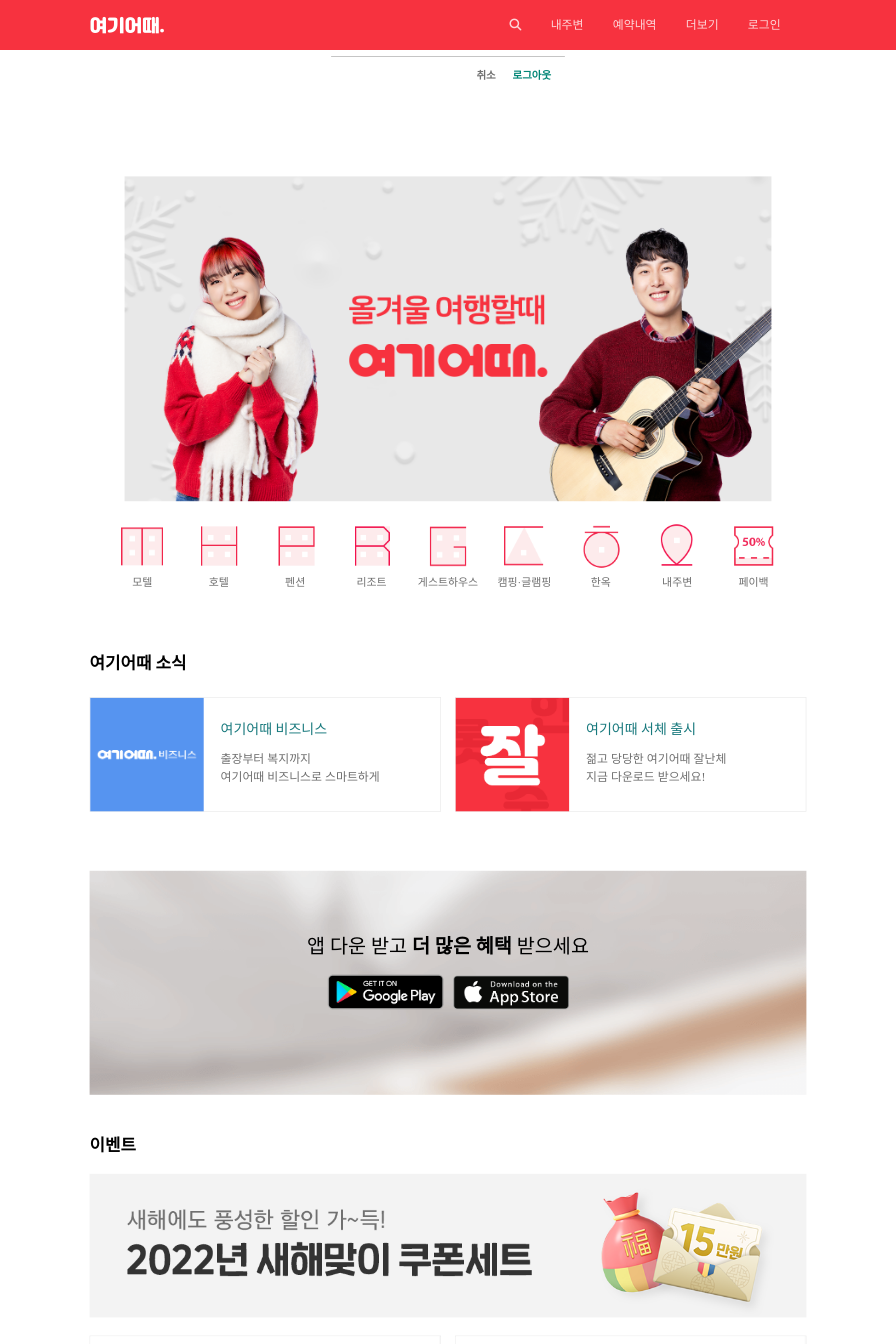
Repository: over0212/Project_goodHere
Page: http://localhost/goodHere/WEB-INF/views/index.jsp
These files come from the project's save history. The page is drawn as it stood at one moment and after the next save; the edit follows.
The browser window is 1280 px wide. The pictures show the part of the page from y = 0 to 1920 px (the page is 2675 px tall before and 3391 px after), at 70% of full size.
Some web libraries are served in a nearby version. The page is served by Tomcat 9. Nobody is signed in. The template is opened directly, without the code that normally fills it, so the values that code supplies are empty.

Above is the page before, as saved 2022-01-17 06:57:51.

After the next save:
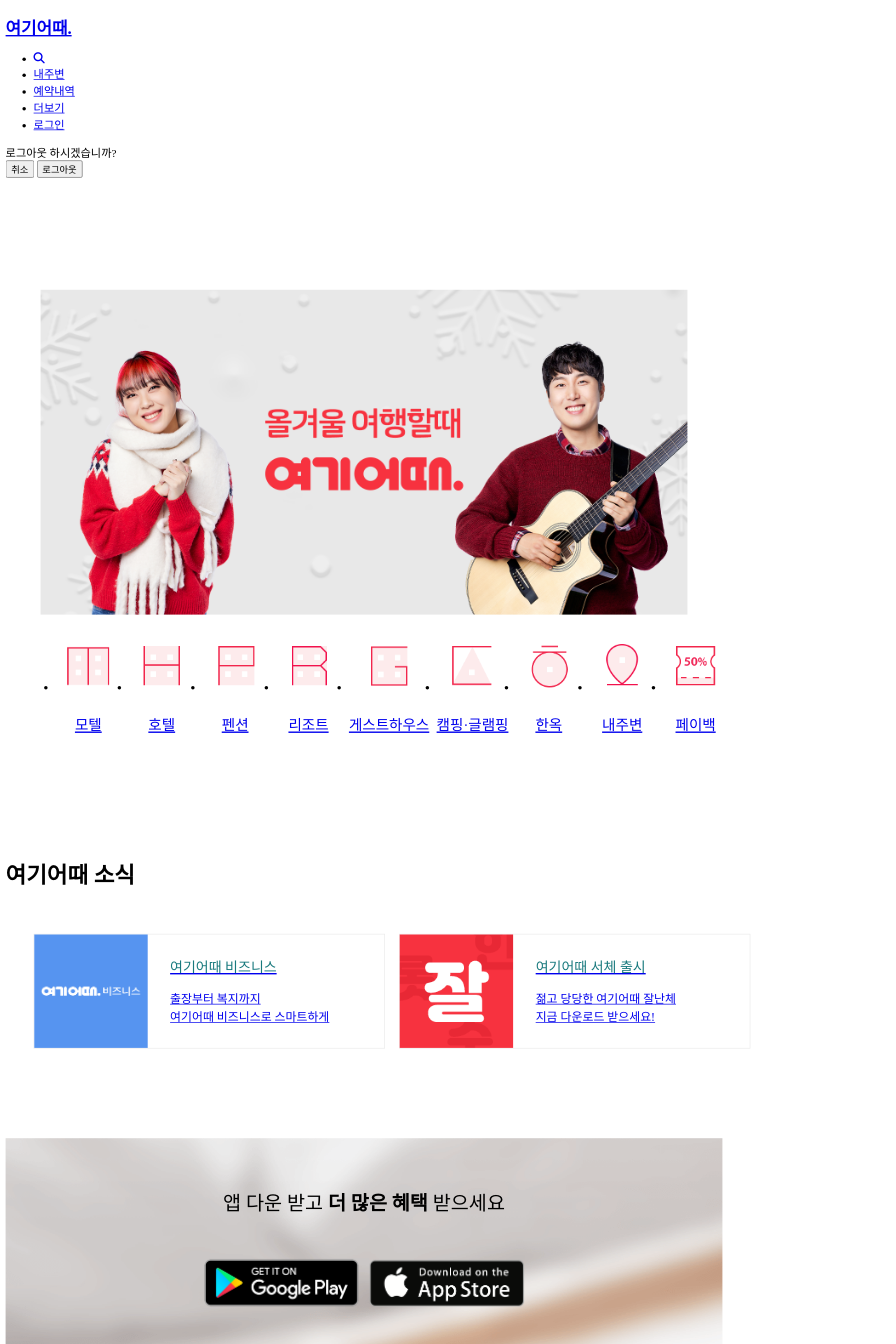
Saved 4 s later.
--- a/Project_GoodHere/goodHere/src/main/webapp/WEB-INF/views/index.jsp
+++ b/Project_GoodHere/goodHere/src/main/webapp/WEB-INF/views/index.jsp
@@ -9,10 +9,9 @@
     <meta http-equiv="X-UA-Compatible" content="IE=edge">
     <meta name="viewport" content="width=device-width, initial-scale=1.0">
     <title>취향대로 머물다 여기어때</title>
-    <link rel="stylesheet" href="css/reset.css">
-    <link rel="stylesheet" href="css/index/header.css">
-    <link rel="stylesheet" href="css/index/index.css">
-    <link rel="stylesheet" href="css/index/footer.css">
+
+    <link rel="stylesheet" href="/css/index/index.css">
+    <link rel="stylesheet" href="/css/index/footer.css">
 </head>
 
 <body>

After the 3 saves that followed:
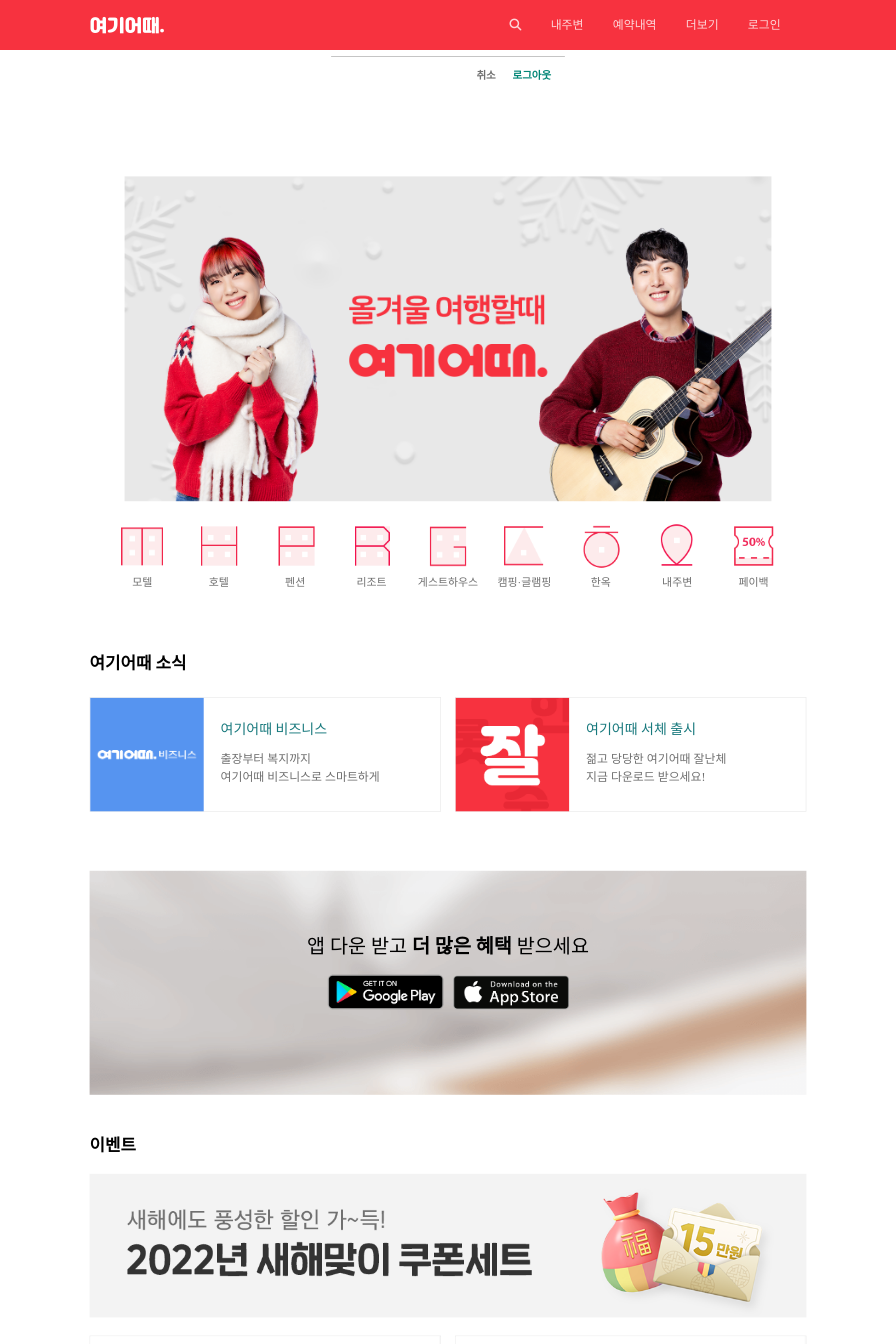
The 3 saves are shown as one change because 2 left the picture as it was.
The last was saved 91 s later.
--- a/Project_GoodHere/goodHere/src/main/webapp/WEB-INF/views/index.jsp
+++ b/Project_GoodHere/goodHere/src/main/webapp/WEB-INF/views/index.jsp
@@ -18,22 +18,7 @@
     <!-- 전체 틀 -->
     <div id="container">
         <!-- 상단 -->
-        <header id="header">
-            <section class="header_in">
-                <!-- 메인 로고 -->
-                <div class="logo">
-                    <h1><a href="#">여기어때.</a></h1>
-                </div>
-                <!-- 상단 메뉴 -->
-                <ul class="in_menu">
-                    <li><a href="#"><i class="fas fa-search"></i></a></li>
-                    <li><a href="#">내주변</a></li>
-                    <li><a href="#">예약내역</a></li>
-                    <li><a href="#">더보기</a></li>
-                    <li><a href="#">로그인</a></li>
-                </ul>
-            </section>
-        </header>
+        <jsp:include page="include/header.jsp"></jsp:include>
 
 		<jsp:include page="include/logout.jsp"></jsp:include>
 
--- a/Project_GoodHere/goodHere/src/main/webapp/WEB-INF/views/include/header.jsp
+++ b/Project_GoodHere/goodHere/src/main/webapp/WEB-INF/views/include/header.jsp
@@ -6,11 +6,12 @@
 <sec:authorize access="isAuthenticated()">
 	<sec:authentication property="principal" var="principal" />
 </sec:authorize>
-<!DOCTYPE html>
+
 <head>
 <link rel="stylesheet" href="/css/reset.css">
 <link rel="stylesheet" href="/css/index/header.css">
 </head>
+
 <header id="header">
 	<section class="header_in">
 		<!-- 메인 로고 -->
